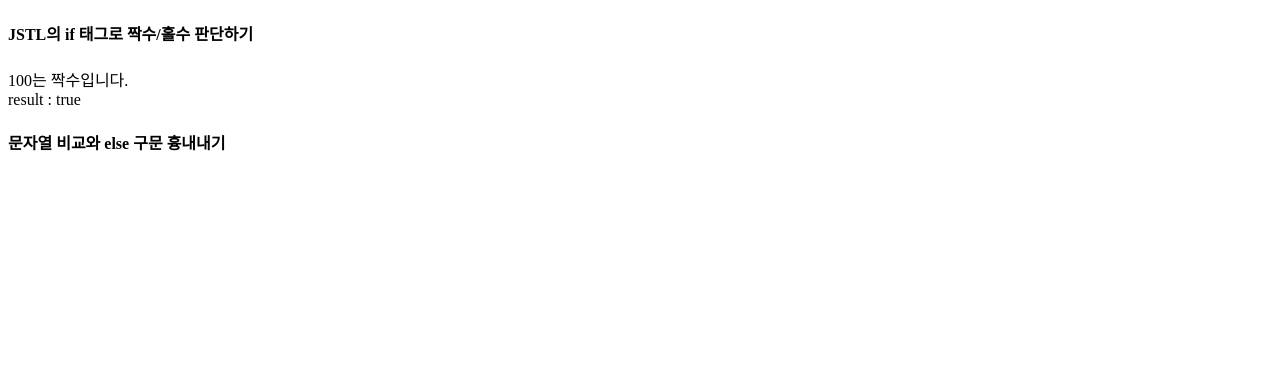
Repository: Charles0304/JSP
Page: http://localhost/MustHaveJSP/11JSTL/core/If.jsp
An editor plug-in stored every save of this project. The page is shown before and after a run of saves, followed by the edit.
The browser window is 1280 px wide. The pictures show the whole page.
The page is served by Tomcat 10. Nobody is signed in. The application's start-up code is not run. Other server files are loaded and not shown.

Above is the page before, as saved 2024-04-25 03:00:34.

### MustHaveJSP/src/main/webapp/11JSTL/core/If.jsp
<%@ page language="java" contentType="text/html; charset=UTF-8"
    pageEncoding="UTF-8"%>
<%@ taglib prefix = "c" uri = "jakarta.tags.core" %>
<!DOCTYPE html>
<html>
<head>
<meta charset="UTF-8">
<title>JSTL - if</title>
</head>
<body>
	<c:set var = "number" value = "100"/>
	<c:set var = "string" value = "JSP"/>

	<h4>JSTL의 if 태그로 짝수/홀수 판단하기</h4>
	<c:if test = "${number mod 2 eq 0 }" var = "result">
		${number }는 짝수입니다. <br/>
	</c:if>
	result : ${result } <br/>

	<h4>문자열 비교와 else 구문 흉내내기</h4>
	<c:if test = "${string eq 'Java' }" var= "result2">
		문자열은 Java입니다.<br/>
	</c:if>
</body>
</html>

After the next 4 saves:
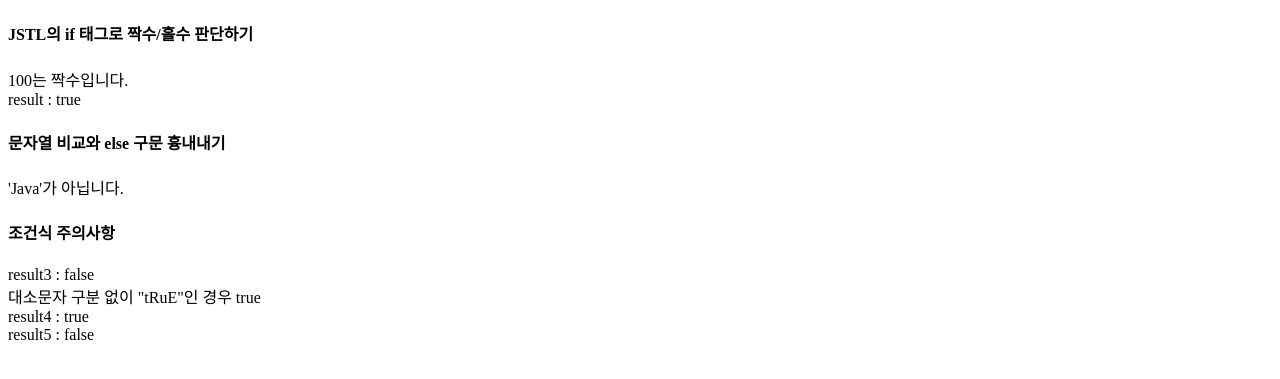
The 4 saves are shown as one change because 3 did not build or start.
The last was saved 4 min 15 s later.
--- a/MustHaveJSP/src/main/webapp/11JSTL/core/If.jsp
+++ b/MustHaveJSP/src/main/webapp/11JSTL/core/If.jsp
@@ -21,5 +21,22 @@
 	<c:if test = "${string eq 'Java' }" var= "result2">
 		문자열은 Java입니다.<br/>
 	</c:if>
+	<c:if test = "${ not result2 }">
+		'Java'가 아닙니다. <br/>
+	</c:if>
+
+	<h4>조건식 주의사항</h4>
+	<c:if test="100" var = "result3">
+		EL이 아닌 정수를 지정하면 false
+	</c:if>
+	result3 : ${result3 } <br/>
+	<c:if test="tRuE" var = "result4">
+		대소문자 구분 없이 "tRuE"인 경우 true <br/>
+	</c:if>
+	result4 : ${result4 } <br/>
+	<c:if test=" ${ true } " var = "result5">
+		EL양쪽에 빈 공백이 있는 경우 false<br/>
+	</c:if>
+	result5 : ${ result5 }<br/>
 </body>
 </html>
